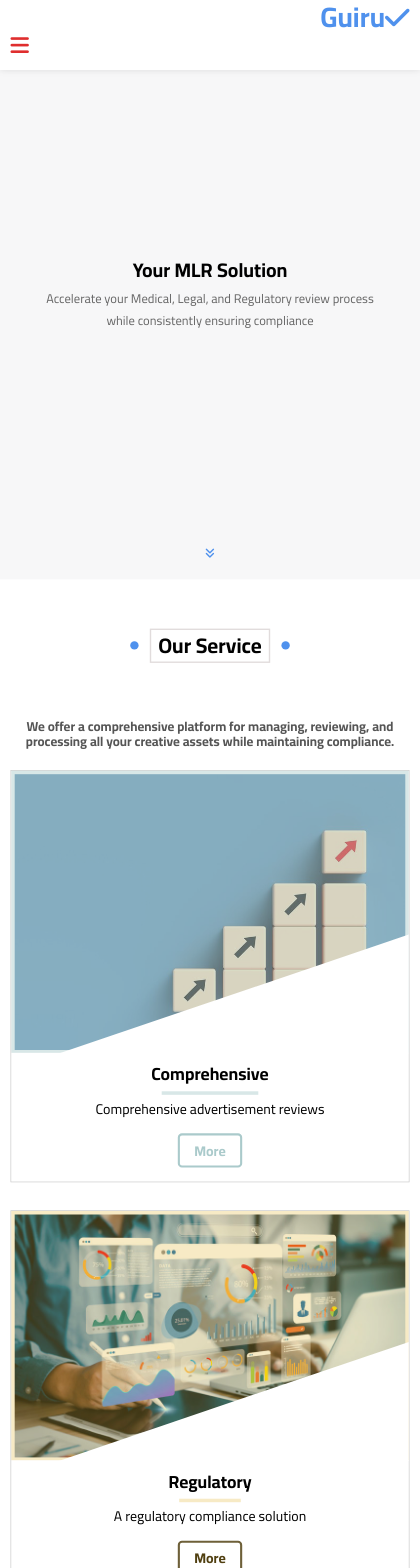
Repository: AsmaaAlothman/Templet-1-website
Page: home.html
These files come from the project's save history. The page is drawn as it stood at one moment and after a run of saves; the edit follows.
The browser window is 600 px wide. The pictures show the part of the page from y = 0 to 2240 px (the page is 5240 px tall), at 70% of full size.

Above is the page before, as saved 2024-08-31 13:43:33.

After the next 2 saves:
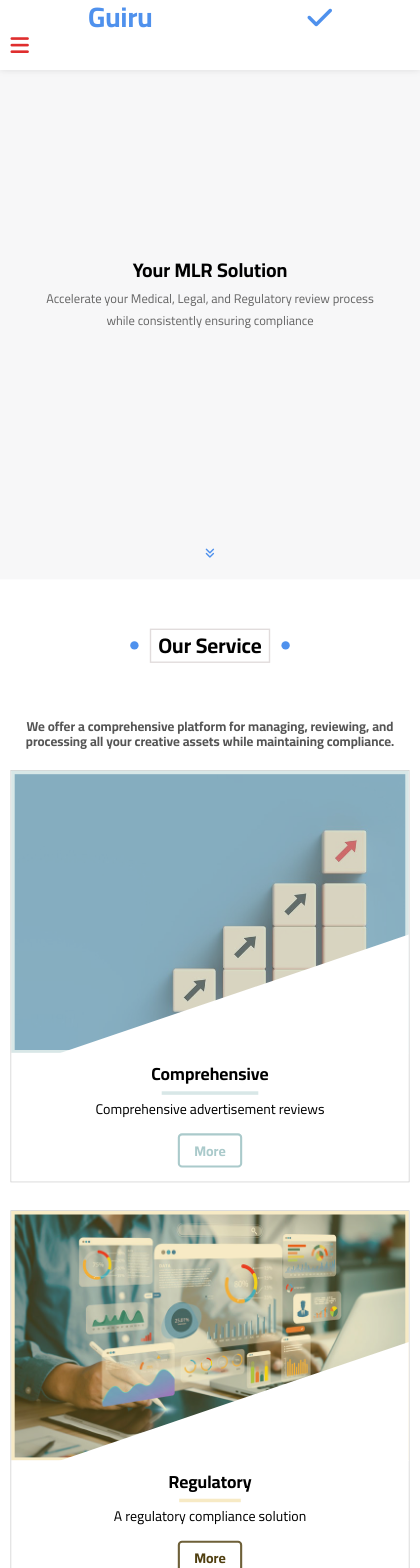
The 2 saves are shown as one change because they came seconds apart.
The last was saved 11 s later.
--- a/css/home.css
+++ b/css/home.css
@@ -243,7 +243,7 @@ img {
     }
     .header .container .logo {
         display: flex;
-        justify-content: flex-end;
+        justify-content: space-around;
     }
 }
 
